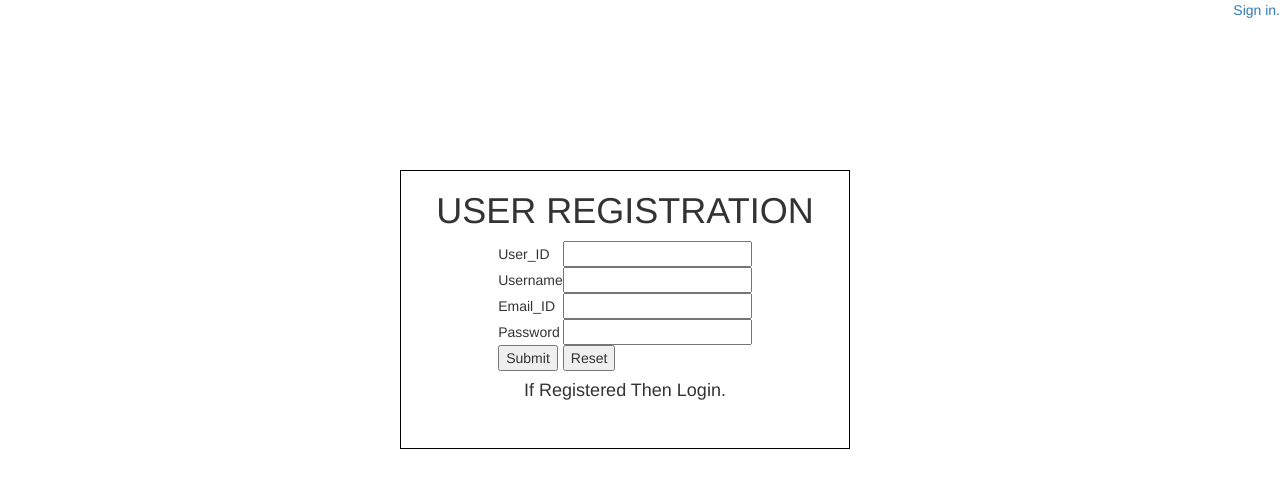
Repository: sunil965/JDBC-Servlet-JSP
Page: http://localhost/JspRegistrationTask/
These files come from the project's save history. The page is drawn as it stood at one moment and after the next save; the edit follows.
The browser window is 1280 px wide. The pictures show the whole page.
The page is served by Tomcat 9.

Above is the page before, as saved 2017-05-03 11:18:28.

After the next save:
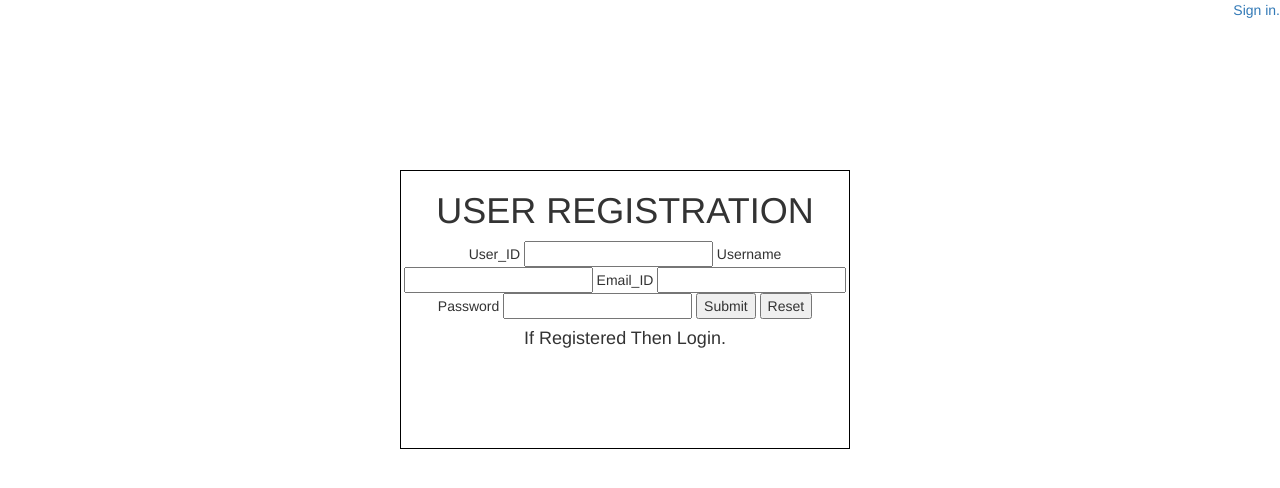
Console error (its wording comes from the project's code and is left out).
Saved 2 min 41 s later.
--- a/JspRegistrationTask/WebContent/index.jsp
+++ b/JspRegistrationTask/WebContent/index.jsp
@@ -49,7 +49,7 @@
 <center>
 <h1>USER REGISTRATION</h1>
 
-	<form name="myform" action="userreg" method="post">
+	<form name="myform" action="userreg" method="post" onsubmit="return validateform()>
 	<table align="center">
 	<tr>
 	<td>User_ID</td>

After the 3 saves that followed:
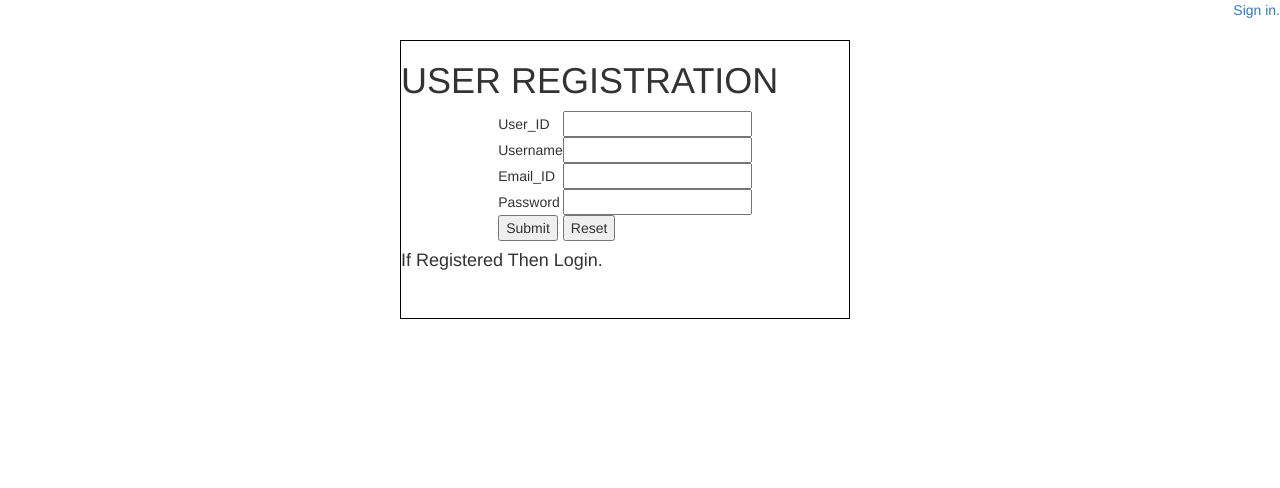
The error is gone.
The 3 saves are shown as one change because 2 left the picture as it was.
The last was saved 5 min 42 s later.
--- a/JspRegistrationTask/WebContent/index.jsp
+++ b/JspRegistrationTask/WebContent/index.jsp
@@ -8,23 +8,17 @@
 <link rel="stylesheet" href="https://maxcdn.bootstrapcdn.com/bootstrap/3.3.7/css/bootstrap.min.css" >
 <script>
 function validateform(){
-	var uid = document.myform.uid.value;
-	var name=document.myform.user.value;
-	var password=document.myform.password.value;
+var name=document.myform.name.value;
+var uid = document.myform.uid.value;
+var password=document.myform.password.value;
 
-	if (uid==null || uid==""){
-		  alert("UID can't be blank");
-		  return false;
-		}
-	else if (name==null || name==""){
-	  alert("Name can't be blank");
-	  return false;
-	}
-	else if(password==null||password==""||password.length<6){
-	  alert("Password must be at least 6 characters long.");
-	  return false;
-	  }
-
+if (name==null || name==""){
+  alert("Name can't be blank");
+  return false;
+}else if(password==null||password==""||password.length<6){
+  alert("Password must be at least 6 characters long.");
+  return false;
+  }
 }
 </script>
 <style type="text/css">
@@ -35,7 +29,7 @@
 height: 500px;
 align:center;
 margin-left: 400px;
-margin-top: 150px;
+margin-top: 20px;
 
 }
 
@@ -46,10 +40,9 @@
 <a href="userlogin.jsp">Sign in.</a>
 </div>
 <div class="div" style="height: 279px; ">
-<center>
 <h1>USER REGISTRATION</h1>
 
-	<form name="myform" action="userreg" method="post" onsubmit="return validateform()>
+	<form name="myform" action="userreg" method="post">
 	<table align="center">
 	<tr>
 	<td>User_ID</td>
